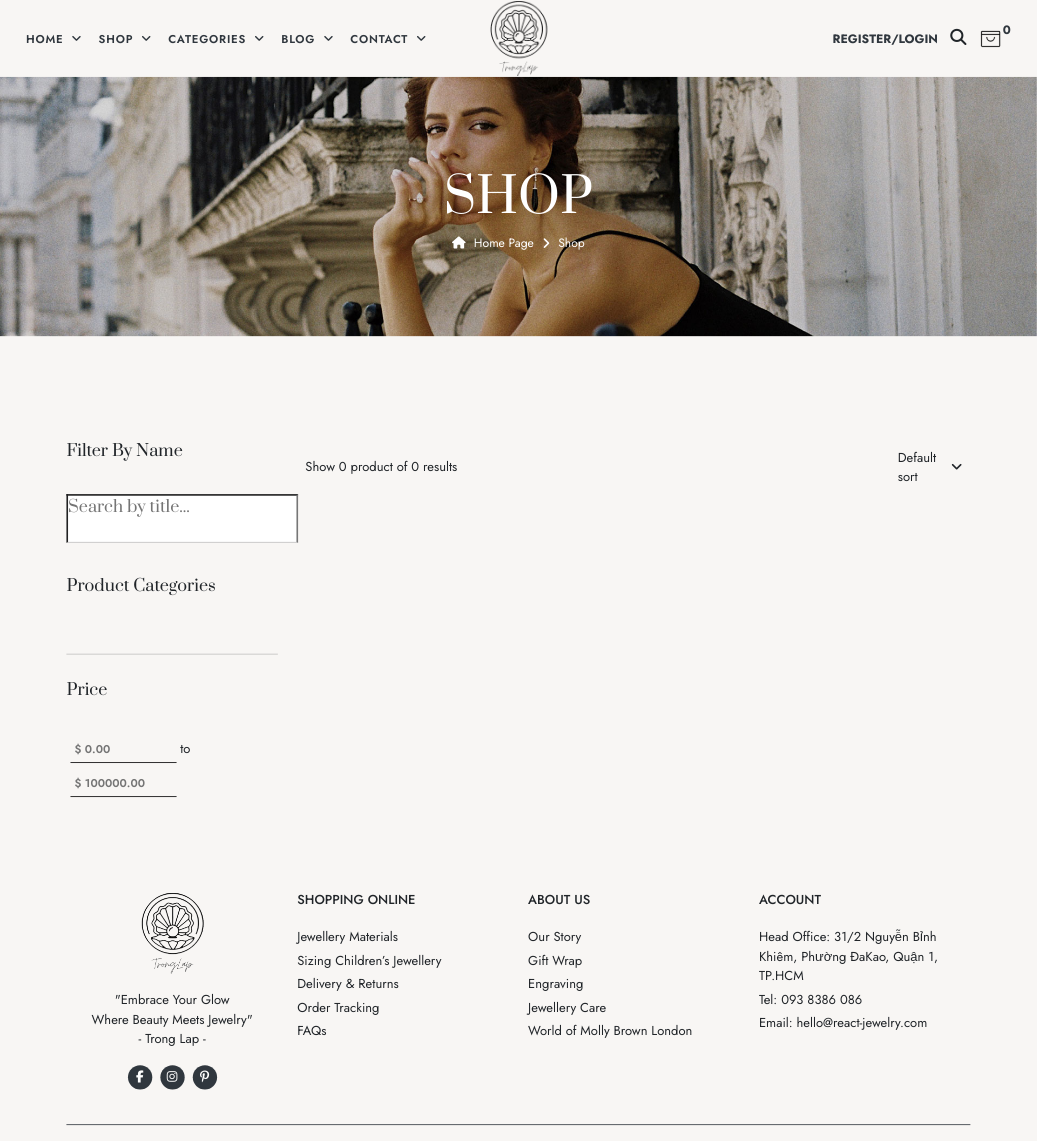
Repository: tronglap/react-jewelry
Page: /list-product
An editor plug-in stored every save of this project. The page is shown before and after the next save, followed by the edit.
The browser window is 1280 px wide. The pictures show the whole page, at 81% of full size.
The page's requests for data from a server got no answer. The project was rebuilt for these pictures with package versions that can differ from the ones it lists, and the page was loaded fresh each time. No one was signed in, and anything a server would have sent is missing. Also part of the build but not shown: src/component/Button/Button.css, src/component/Button/Button.js, src/component/SliderBar/SliderBar.css, src/component/SliderBar/SliderBar.js, src/component/Home/WWD/WWD.css, src/component/Home/WWD/WWD.js, src/component/Home/Home.css, src/component/Home/Categories/Categories.js and 14 more.

Above is the page before, as saved 2024-03-26 19:01:25.

After the next save:
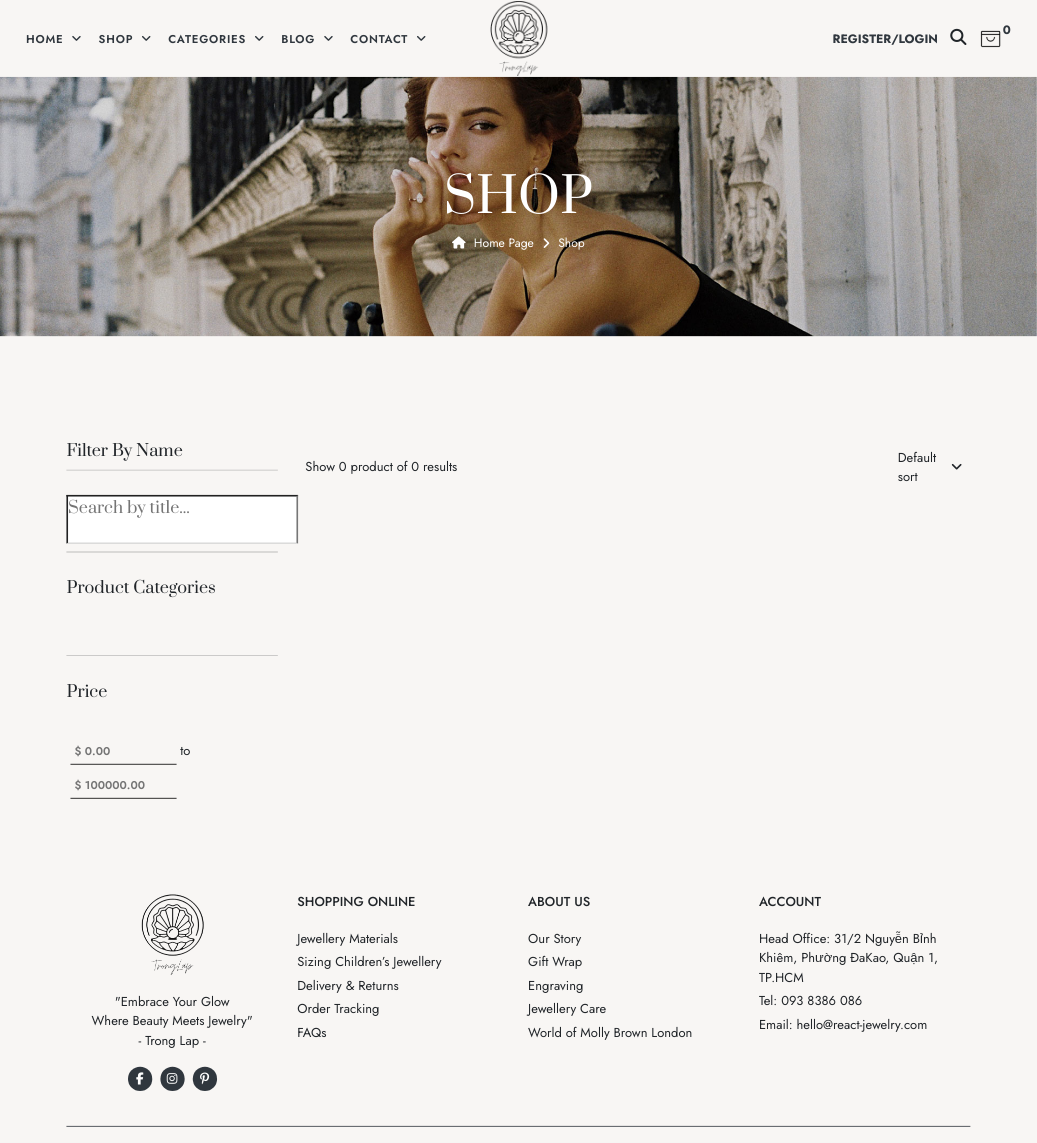
Saved 11 s later.
--- a/src/component/ListProduct/ListProduct.css
+++ b/src/component/ListProduct/ListProduct.css
@@ -11,6 +11,7 @@
     text-transform: capitalize;
     margin-bottom: 30px;
     padding-bottom: 10px;
+    border-bottom: 1px solid rgba(128, 128, 128, 0.5);
 }
 
 .ListProduct .box_product .FBN input {

After the save that followed:
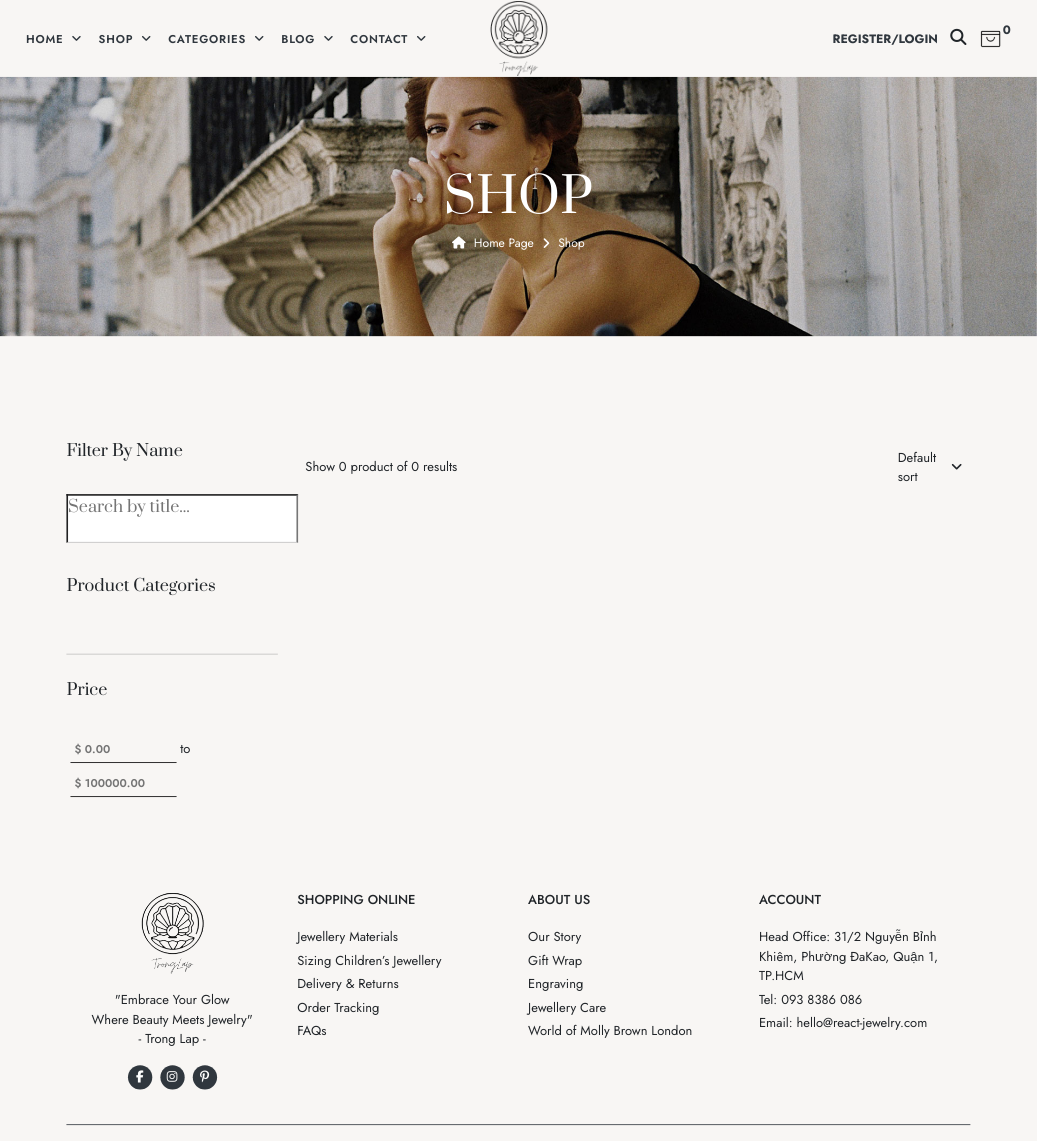
Saved 8 s later.
--- a/src/component/ListProduct/ListProduct.css
+++ b/src/component/ListProduct/ListProduct.css
@@ -11,7 +11,6 @@
     text-transform: capitalize;
     margin-bottom: 30px;
     padding-bottom: 10px;
-    border-bottom: 1px solid rgba(128, 128, 128, 0.5);
 }
 
 .ListProduct .box_product .FBN input {
